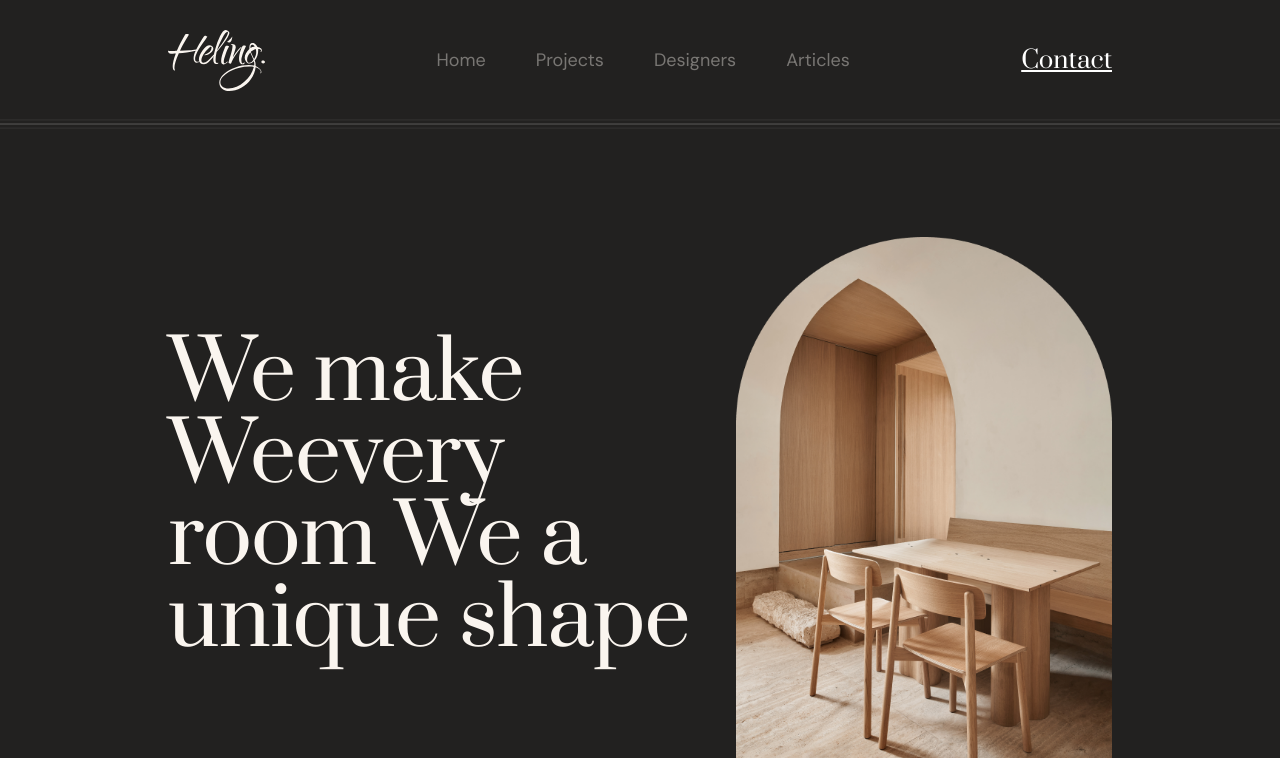
Repository: vandangnhathung/healingui_website
Page: /
These files come from the project's save history. The page is drawn as it stood at one moment and after the next save; the edit follows.
The browser window is 1280 px wide. The pictures show the whole page.
The project was rebuilt for these pictures with package versions that can differ from the ones it lists, and the page was loaded fresh each time. Also part of the build but not shown: src/App.css.

Above is the page before, as saved 2022-03-16 13:12:42.

### src/App.js
import "./App.css";
import Container from "./components/Container/Container";
import Header from "./components/Header/Header";
function App() {
  return (
    <div>
      <Header></Header>
      <Container></Container>
    </div>
  );
}

export default App;

### src/components/Container/Container.js
import React from "react";
import styled from "styled-components";
import Image1 from "../../Images/Image1.png";
const Container = () => {
  const StyledContainer = styled.div`
    background-color: #222120;
    @import url("https://fonts.googleapis.com/css2?family=DM+Sans:wght@400;500;700&display=swap");
    font-family: "DM Sans", sans-serif;
    @import url("https://fonts.googleapis.com/css2?family=Prata&display=swap");
  `;
  const Container = styled.div`
    padding: 108px 168px 0;
    display: flex;
    align-items: center;
    justify-content: space-between;
    gap: 0 32px;
  `;
  const Slogan = styled.h2`
    letter-spacing: -1px;
    font-size: 82px;
    line-height: 1;
    font-family: "Prata", serif;
    color: #faf5ef;
    max-width: 724px; ;
  `;
  const Image1Div = styled.img`
    width: auto;
    height: auto;
  `;
  return (
    <StyledContainer>
      <Container>
        <div>
          <Slogan>
            We make <span>We</span>every room <span>We </span> a unique shape
          </Slogan>
        </div>
        <div>
          <Image1Div src={Image1} alt="" />
        </div>
      </Container>
    </StyledContainer>
  );
};

export default Container;

### src/components/Header/Header.js
import React from "react";
import styled from "styled-components";
import headerLine from "../../Images/header-line.png";
const Header = () => {
  const StyledHeader = styled.div`
    background-color: #222120;
    @import url("https://fonts.googleapis.com/css2?family=DM+Sans:wght@400;500;700&display=swap");
    font-family: "DM Sans", sans-serif;
    @import url("https://fonts.googleapis.com/css2?family=Prata&display=swap");
  `;
  const Header = styled.div`
    display: flex;
    justify-content: space-between;
    align-items: center;
    padding: 30px 168px 28px;
  `;
  const ListNav = styled.ul`
    color: #faf5ef;
    opacity: 0.4;
    font-weight: 400;
    font-size: 18px;
    line-height: 0.6;
    display: flex;
    align-items: center;
    list-style: none;
    gap: 0 50px;
  `;
  const ItemNav = styled.li`
    cursor: pointer;
  `;
  const ContactDiv = styled.h3`
    font-family: "Prata", serif;
  `;
  return (
    <StyledHeader>
      <Header>
        <div>
          <svg
            width="97"
            height="61"
            viewBox="0 0 97 61"
            fill="none"
            xmlns="http://www.w3.org/2000/svg"
          >
            <path
              d="M0.241098 20.6943L1.38631 20.9951C5.56534 20.9951 8.05669 20.9349 8.86035 20.8146C11.1106 15.6009 13.8832 10.1667 17.1782 4.51183C17.4595 4.23109 18.1426 4.09073 19.2276 4.09073C20.3125 4.09073 20.855 4.35141 20.855 4.87278L17.9618 9.50493C15.5508 13.5957 13.5618 17.3254 11.9946 20.6943L21.9399 20.213C23.4267 20.1328 25.5162 19.8922 28.2085 19.4911C29.856 16.2827 31.6039 13.2147 33.4523 10.287C35.3008 7.3192 36.4661 5.8353 36.9483 5.8353C37.4305 5.8353 37.9327 5.95562 38.4551 6.19625C39.0177 6.39678 39.299 6.61736 39.299 6.85799C38.8569 7.45956 38.3547 8.14135 37.7921 8.90335C37.2697 9.66535 36.7272 10.4274 36.1647 11.1893C30.1372 19.2104 27.1235 25.1861 27.1235 29.1164C27.1235 30.9211 27.8468 31.8235 29.2934 31.8235L31.3427 31.5227C31.4633 31.5227 31.5236 31.5628 31.5236 31.643C31.5236 31.8435 31.1619 32.0641 30.4386 32.3047C29.7153 32.5855 29.1528 32.7258 28.7509 32.7258C27.8267 32.7258 27.0632 32.3248 26.4605 31.5227C25.8979 30.7206 25.6167 29.7179 25.6167 28.5148C25.6167 26.2288 26.2998 23.6621 27.666 20.8146C21.1563 22.3787 15.5508 23.1607 10.8494 23.1607C7.91605 29.6177 6.44937 34.4303 6.44937 37.5986C6.44937 38.5611 6.56992 39.263 6.81102 39.7041C7.05211 40.1453 7.17266 40.406 7.17266 40.4862C7.17266 40.5664 7.07221 40.6065 6.87129 40.6065C5.4247 40.6065 4.70141 39.1026 4.70141 36.0947C4.70141 33.0868 5.74617 28.8757 7.83568 23.4615C5.50507 23.622 3.87766 23.7022 2.95345 23.7022C0.984483 23.7022 0 22.7597 0 20.8748C0 20.7544 0.0803659 20.6943 0.241098 20.6943Z"
              fill="#FAF5EF"
            />
            <path
              d="M46.2833 24.1834C46.5244 24.1834 46.6449 24.2837 46.6449 24.4842C46.6449 24.6446 46.6047 24.8051 46.5244 24.9655C42.3052 31.1016 38.8092 34.1696 36.0366 34.1696C32.6211 34.1696 30.9133 32.5855 30.9133 29.4172C30.9133 26.9707 32.1188 24.003 34.5297 20.5138C36.9809 17.0247 39.3517 15.2801 41.6421 15.2801C42.6065 15.2801 43.4504 15.6009 44.1737 16.2426C44.9371 16.8442 45.3189 17.5861 45.3189 18.4684C45.3189 19.9924 44.3746 21.4964 42.486 22.9803C40.5974 24.4642 38.7691 25.2061 37.001 25.2061C36.6394 25.2061 36.4585 25.1259 36.4585 24.9655L36.6394 24.6647C41.2604 23.2209 43.5709 20.8547 43.5709 17.5661C43.5709 17.0848 43.4102 16.8442 43.0887 16.8442C42.6065 16.8442 41.8029 17.3054 40.6777 18.2278C38.7088 19.832 37.001 21.8373 35.5544 24.2436C34.1078 26.6499 33.3845 28.6752 33.3845 30.3195C33.3845 31.9638 34.0074 32.786 35.253 32.786C36.6594 32.786 38.2467 32.044 40.0147 30.5602C41.1398 29.5174 42.4458 28.1939 43.9326 26.5897C45.4595 24.9855 46.2431 24.1834 46.2833 24.1834Z"
              fill="#FAF5EF"
            />
            <path
              d="M49.0196 33.0868L49.984 32.786C50.1849 32.786 50.2854 32.8863 50.2854 33.0868C50.2854 33.7285 49.5822 34.0493 48.1758 34.0493C46.247 34.0493 45.2826 32.4451 45.2826 29.2367C45.2826 27.1111 45.9255 23.7423 47.2114 19.1302C48.4973 14.478 50.1247 10.1266 52.0936 6.07593C54.0626 2.02531 55.8307 0 57.3978 0C58.2818 0 59.1658 0.300787 60.0499 0.902364C60.9339 1.46384 61.3759 2.08547 61.3759 2.76726C61.3759 5.65483 57.1165 12.0717 48.5977 22.0177C47.9146 24.9855 47.573 27.5723 47.573 29.7781C47.573 31.9839 48.0552 33.0868 49.0196 33.0868ZM59.9293 2.58678C59.9293 2.10552 59.7887 1.86489 59.5074 1.86489C58.3019 1.86489 56.5539 4.01052 54.2635 8.30177C51.9731 12.5529 50.2251 16.6035 49.0196 20.4536C56.2928 10.9487 59.9293 4.9931 59.9293 2.58678Z"
              fill="#FAF5EF"
            />
            <path
              d="M64.165 6.73767C64.2454 6.73767 64.2856 6.83793 64.2856 7.03846L63.9842 8.78304C63.3814 11.2696 62.4572 12.5128 61.2116 12.5128C60.2873 12.5128 59.5641 12.2722 59.0417 11.7909C60.5686 10.7482 62.2764 9.06377 64.165 6.73767ZM61.0307 16.6035C59.7851 18.7291 58.5997 21.4362 57.4745 24.7248C56.3494 27.9734 55.7869 30.2193 55.7869 31.4625C55.7869 32.7058 56.048 33.3274 56.5704 33.3274C56.9321 33.3274 57.3942 33.1068 57.9567 32.6657C58.5193 32.2245 58.8609 31.9438 58.9814 31.8235C59.102 31.7032 59.2426 31.5828 59.4033 31.4625C59.5641 31.4625 59.6444 31.5427 59.6444 31.7032C59.6444 32.1844 59.0618 32.7459 57.8965 33.3876C56.7713 34.0694 55.9476 34.4103 55.4252 34.4103C53.8983 34.4103 53.1348 33.3074 53.1348 31.1016C53.1348 27.8129 54.3403 23.4214 56.7512 17.927C56.7512 17.7666 56.8517 17.4658 57.0526 17.0247C57.2937 16.5835 57.4745 16.3028 57.5951 16.1824C57.8764 15.9017 58.2581 15.7613 58.7403 15.7613C60.1467 15.7613 60.9102 16.0421 61.0307 16.6035Z"
              fill="#FAF5EF"
            />
            <path
              d="M78.0084 16.3629C78.0084 16.2025 77.9079 16.3028 77.707 16.6637C76.5819 18.7091 75.5773 21.1755 74.6933 24.0631C73.8092 26.9507 73.3672 28.8356 73.3672 29.7179C73.3672 32.1644 73.8092 33.3876 74.6933 33.3876C74.9745 33.3876 75.3362 33.187 75.7782 32.786C76.2604 32.425 76.4613 32.2446 76.381 32.2446C76.5015 32.2446 76.5618 32.405 76.5618 32.7258C76.5618 33.7686 75.959 34.2899 74.7535 34.2899C73.548 34.2899 72.6238 33.7485 71.9809 32.6657C71.338 31.6229 71.0165 30.119 71.0165 28.1538C71.0165 26.1887 71.5389 23.6019 72.5837 20.3935C73.6284 17.145 74.633 15.5207 75.5974 15.5207H75.8988C77.3052 15.5207 78.0084 15.8014 78.0084 16.3629ZM73.307 16.9645C73.3471 17.0046 73.3672 17.0848 73.3672 17.2051C73.3672 17.2853 73.2065 17.526 72.885 17.927C68.5453 23.1808 65.5315 27.6726 63.8439 31.4024L63.3014 32.9665C63.0603 33.4076 62.7589 33.6282 62.3973 33.6282C62.0356 33.6282 61.6338 33.5279 61.1918 33.3274C60.7498 33.1269 60.5288 32.8863 60.5288 32.6055C60.5288 31.9237 61.1918 29.5174 62.5178 25.3866C63.8439 21.2156 64.5069 18.0874 64.5069 16.002C64.5069 15.4405 64.3662 15.0996 64.085 14.9793C63.8037 14.859 63.5224 14.8189 63.2411 14.859C62.9598 14.859 62.8192 14.7587 62.8192 14.5582C62.8192 14.1972 63.1206 14.0168 63.7233 14.0168C66.4156 14.0168 67.7617 15.1197 67.7617 17.3254C67.7617 18.1676 66.7973 21.4362 64.8685 27.1312C66.6366 24.3639 68.3444 21.9776 69.9919 19.9724C71.6394 17.9671 72.7444 16.9645 73.307 16.9645Z"
              fill="#FAF5EF"
            />
            <path
              d="M86.7293 30.3797C87.3321 31.5026 87.6334 33.0066 87.6334 34.8915C87.6334 35.2926 87.6134 35.6736 87.5732 36.0345C89.2207 36.7163 90.5869 37.5986 91.6718 38.6815C92.797 39.7643 93.3595 40.787 93.3595 41.7495C93.3595 42.7521 93.1184 43.2534 92.6362 43.2534C92.5157 43.2534 92.4152 43.1331 92.3349 42.8925C92.6563 42.4513 92.817 42.0302 92.817 41.6292C92.817 40.787 92.2746 39.9448 91.1896 39.1026C90.1047 38.2604 88.9193 37.6387 87.6334 37.2377C87.1512 41.3685 85.6042 45.2587 82.9923 48.9083C80.4206 52.598 77.1658 55.5256 73.2278 57.6913C69.2899 59.8971 65.2515 61 61.1127 61C58.2999 61 55.9692 60.2179 54.1208 58.6538C52.2322 57.0897 51.2879 54.9241 51.2879 52.1568C51.2879 49.4296 52.835 46.6824 55.9291 43.9152C59.0232 41.188 62.8606 39.0223 67.4415 37.4181C71.9822 35.8139 76.4425 35.0118 80.8224 35.0118C82.8718 35.0118 84.6197 35.1923 86.0663 35.5533C86.227 35.072 86.3074 34.6308 86.3074 34.2298C86.3074 32.8662 86.1467 31.9037 85.8252 31.3422C84.2581 32.786 82.8316 33.5079 81.5457 33.5079C80.2599 33.5079 79.1347 32.8863 78.1704 31.643C77.206 30.3997 76.7238 29.0763 76.7238 27.6726C76.7238 24.8652 78.2708 21.9576 81.3649 18.9497C81.3649 16.6637 81.606 15.1197 82.0882 14.3176C82.6106 13.5154 83.5549 13.1144 84.9211 13.1144C86.3275 13.1144 87.8545 14.4379 89.502 17.0848C92.3951 17.6062 93.8417 18.669 93.8417 20.2732C93.8417 20.6341 93.7212 21.0151 93.4801 21.4162C93.2792 21.7771 93.0581 21.9576 92.817 21.9576C92.5759 21.9576 92.4554 21.8774 92.4554 21.717C92.8572 21.4362 93.0581 21.1154 93.0581 20.7544C93.0581 19.5513 92.0938 18.9497 90.165 18.9497C90.2052 19.2705 90.2253 19.6916 90.2253 20.213C90.2253 24.0631 89.0599 27.452 86.7293 30.3797ZM86.6691 16.784C86.1065 15.4605 85.2627 14.7988 84.1375 14.7988C83.0124 14.7988 82.4498 15.8817 82.4498 18.0473V18.1075C83.7759 17.2252 85.0216 16.784 86.1869 16.784H86.6691ZM88.2362 22.0177C88.2362 20.8948 88.0554 19.8922 87.6937 19.0099C87.0106 19.2505 86.0261 19.7117 84.7403 20.3935C83.4946 21.0352 82.8718 21.4964 82.8718 21.7771C82.8718 22.098 83.9366 24.4842 86.0663 28.9359C87.5129 26.8504 88.2362 24.5444 88.2362 22.0177ZM79.0745 29.6578C79.0745 31.7433 79.8781 32.786 81.4854 32.786C82.8918 32.786 84.2179 31.8034 85.4636 29.8383L82.3293 22.3787C81.4854 23.2209 80.722 24.3639 80.0389 25.8077C79.3959 27.2515 79.0745 28.5348 79.0745 29.6578ZM81.8471 36.5759C78.0297 36.5759 74.2726 37.0572 70.5758 38.0197C66.8789 39.0224 63.7246 40.2656 61.1127 41.7495C58.5008 43.2735 56.3912 44.9379 54.7838 46.7426C53.1765 48.5473 52.3729 50.3721 52.3729 52.217C52.3729 54.1019 53.0962 55.6058 54.5428 56.7288C55.9492 57.8918 57.9382 58.4734 60.5099 58.4734C66.0552 58.4734 71.3192 56.2676 76.3018 51.856C81.2443 47.4845 84.4188 42.4914 85.8252 36.8767C84.8608 36.6762 83.5348 36.5759 81.8471 36.5759Z"
              fill="#FAF5EF"
            />
            <path
              d="M95.1315 30.5C95.6137 30.5 96.0356 30.6604 96.3973 30.9813C96.7991 31.262 97 31.5828 97 31.9438C97 32.3448 96.7991 32.6857 96.3973 32.9665C96.0356 33.2472 95.674 33.3876 95.3123 33.3876C94.0265 33.3876 93.3835 32.8462 93.3835 31.7633C93.3835 30.9211 93.9662 30.5 95.1315 30.5Z"
              fill="#FAF5EF"
            />
          </svg>
        </div>
        <ListNav>
          <ItemNav>Home</ItemNav>
          <ItemNav>Projects</ItemNav>
          <ItemNav>Designers</ItemNav>
          <ItemNav>Articles</ItemNav>
        </ListNav>
        <ContactDiv className="text-2xl leading-7 text-white underline">
          Contact
        </ContactDiv>
      </Header>
      <img src={headerLine} alt="" />
    </StyledHeader>
  );
};

export default Header;

Loaded but not shown: public/index.html (common file); src/index.js (common file); src/index.css (common file); src/reportWebVitals.js (common file); tailwind.config.js (common file)

After the next save:
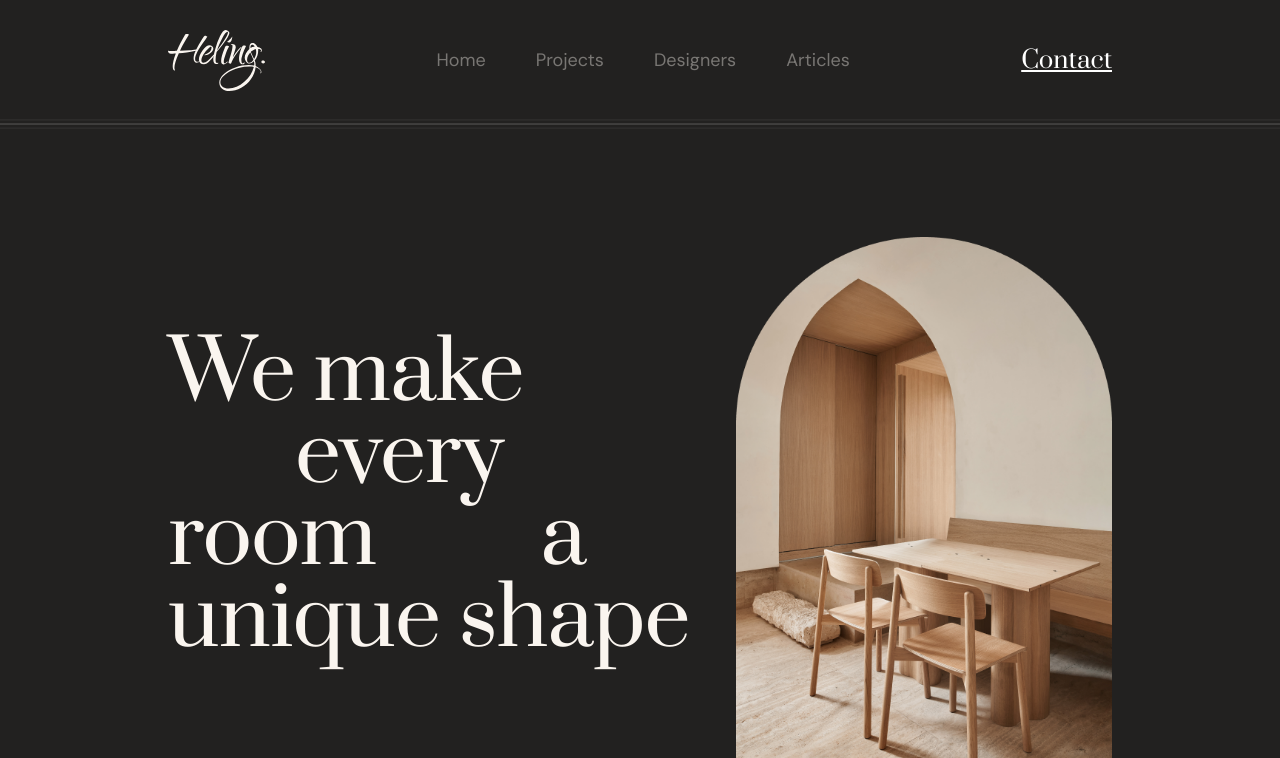
Saved 30 s later.
--- a/src/components/Container/Container.js
+++ b/src/components/Container/Container.js
@@ -32,7 +32,8 @@ const Container = () => {
       <Container>
         <div>
           <Slogan>
-            We make <span>We</span>every room <span>We </span> a unique shape
+            We make <span className="opacity-0">We</span>every room{" "}
+            <span className="opacity-0">We </span> a unique shape
           </Slogan>
         </div>
         <div>
